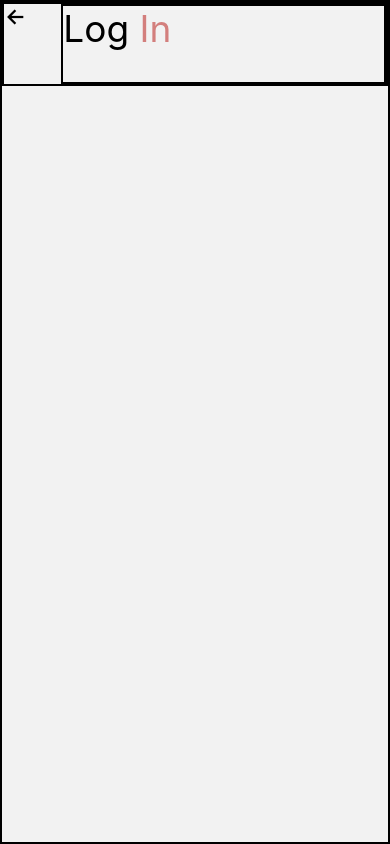
Repository: kgayathridevi/pregband
Screen: /
The author's editor kept a copy of each file at every save. The screen is drawn from the files as they stood at one save, then again after the next save.
The app was drawn by React Native's web renderer in a window 390 px wide. The project was rebuilt for these pictures with package versions that can differ from the ones it lists, and the page was loaded fresh each time. Also part of the build but not shown: component/SignUpScreen.jsx, component/Home.jsx.

Above is the screen before, as saved 2023-04-28 13:13:54.

### App.js
import { NavigationContainer } from "@react-navigation/native";
import { createNativeStackNavigator } from "@react-navigation/native-stack";
import { StatusBar } from "expo-status-bar";
import { StyleSheet, Text, View } from "react-native";
import SignUpScreen from "./component/SignUpScreen";
import LogInScreen from "./component/LogInScreen";
import Home from "./component/Home";

const Stack = createNativeStackNavigator();
export default function App() {
  return (
    <NavigationContainer>
      <Stack.Navigator initialRouteName="Log">
        <Stack.Screen
          options={{ headerShown: false }}
          name="Log"
          component={LogInScreen}
        />
        <Stack.Screen name="Sign" component={SignUpScreen} />
        <Stack.Screen name="Home" component={Home} />
      </Stack.Navigator>
    </NavigationContainer>
  );
}

const styles = StyleSheet.create({
  // container: {
  //   flex: 1,
  //   backgroundColor: '#fff',
  //   alignItems: 'center',
  //   justifyContent: 'center',
  // },
});

### component/LogInScreen.jsx
import {
  Button,
  StyleSheet,
  Text,
  TextInput,
  TouchableOpacity,
  View,
} from "react-native";
import React from "react";
import { SafeAreaView } from "react-native-safe-area-context";
import Ionicons from "@expo/vector-icons/Ionicons";

const LogInScreen = ({ navigation }) => {
  return (
    <SafeAreaView style={styles.container}>
      <View style={styles.headerContainer}>
        <View>
          {/* <Text>back</Text> */}
          <Ionicons name="arrow-back" color="black" size={24} />
        </View>
        <View style={styles.titleContain}>
          <Text style={styles.textC}>Log</Text>
          <Text style={[styles.textC, styles.textC2]}> In</Text>
        </View>
      </View>
      <View></View>
    </SafeAreaView>
  );
};

export default LogInScreen;

const styles = StyleSheet.create({
  container: {
    borderWidth: 2,
    height: "100%",
  },
  headerContainer: {
    borderWidth: 2,
    height: "10%",
    flexDirection: "row",
    justifyContent: "space-between",
  },
  titleContain: {
    borderWidth: 2,
    flexDirection: "row",
    width: "85%",
  },
  textC: {
    fontSize: 37,
  },
  textC2: {
    color: "#D37F7D",
  },
});

After the next save:
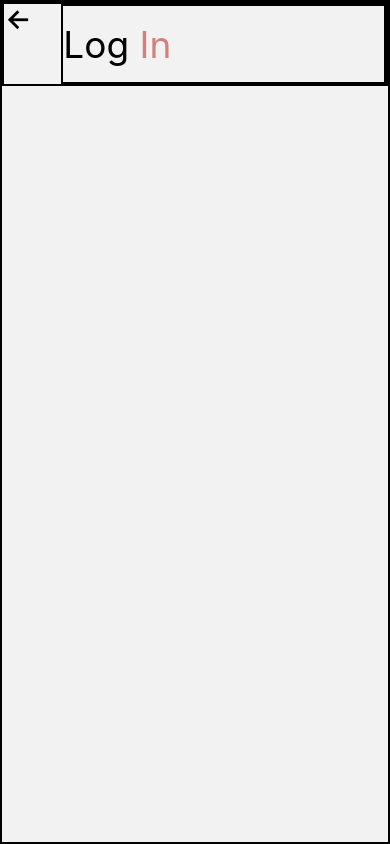
Saved 59 s later.
--- a/component/LogInScreen.jsx
+++ b/component/LogInScreen.jsx
@@ -14,9 +14,9 @@ const LogInScreen = ({ navigation }) => {
   return (
     <SafeAreaView style={styles.container}>
       <View style={styles.headerContainer}>
-        <View>
+        <View style={styles.btnCont}>
           {/* <Text>back</Text> */}
-          <Ionicons name="arrow-back" color="black" size={24} />
+          <Ionicons name="arrow-back" color="black" size={30} />
         </View>
         <View style={styles.titleContain}>
           <Text style={styles.textC}>Log</Text>
@@ -45,6 +45,10 @@ const styles = StyleSheet.create({
     borderWidth: 2,
     flexDirection: "row",
     width: "85%",
+    alignItems: "center",
+  },
+  btnCont: {
+    alignItems: "center",
   },
   textC: {
     fontSize: 37,
